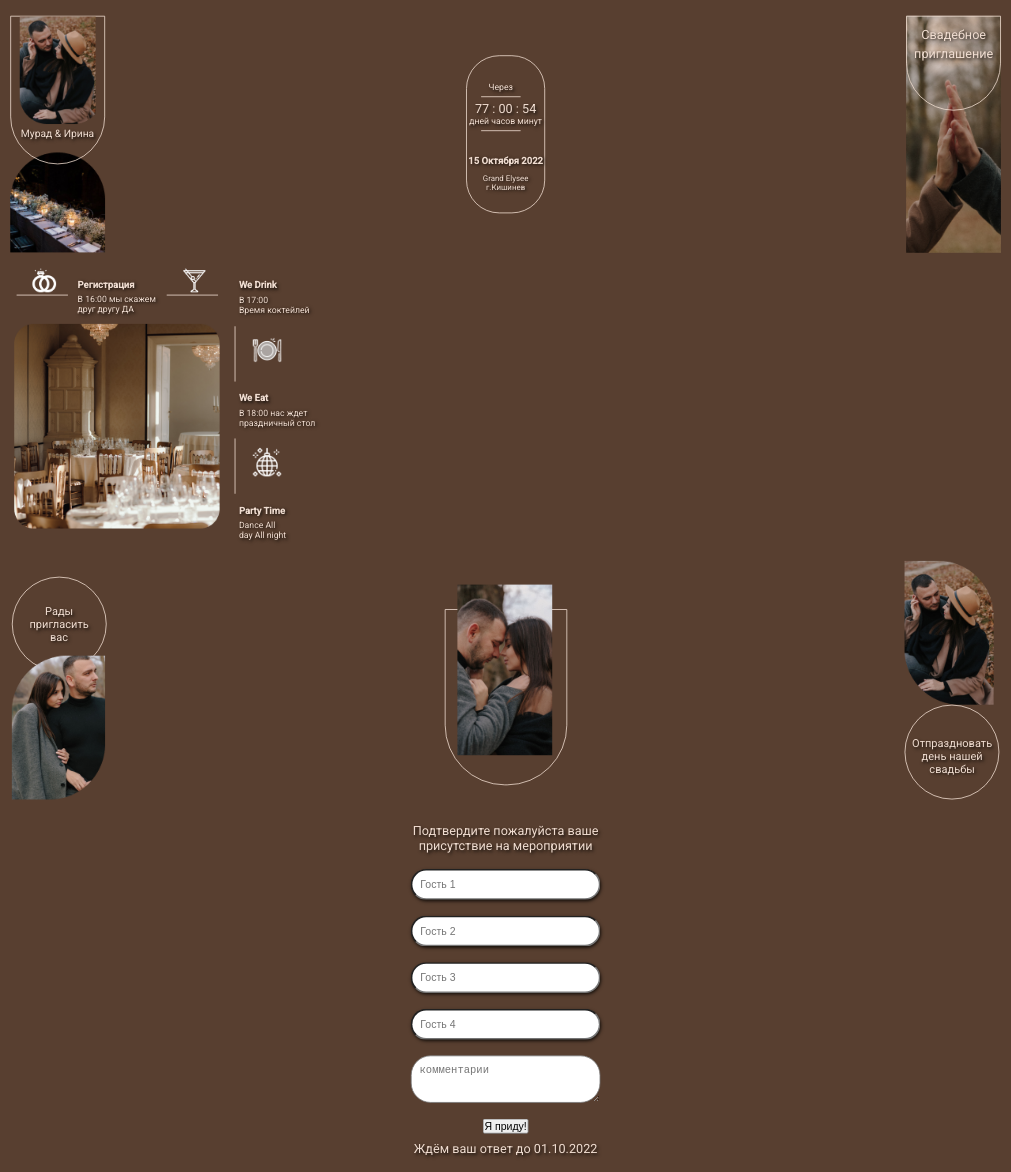
Repository: Anthony8845/wedding_invitation
Page: index.html
These files come from the project's save history. The page is drawn as it stood at one moment and after the next save; the edit follows.
The browser window is 1280 px wide. The pictures show the whole page, at 79% of full size.
Some web fonts or font styles are not loaded; a fallback is used.

Above is the page before, as saved 2022-07-30 12:49:28.

After the next save:
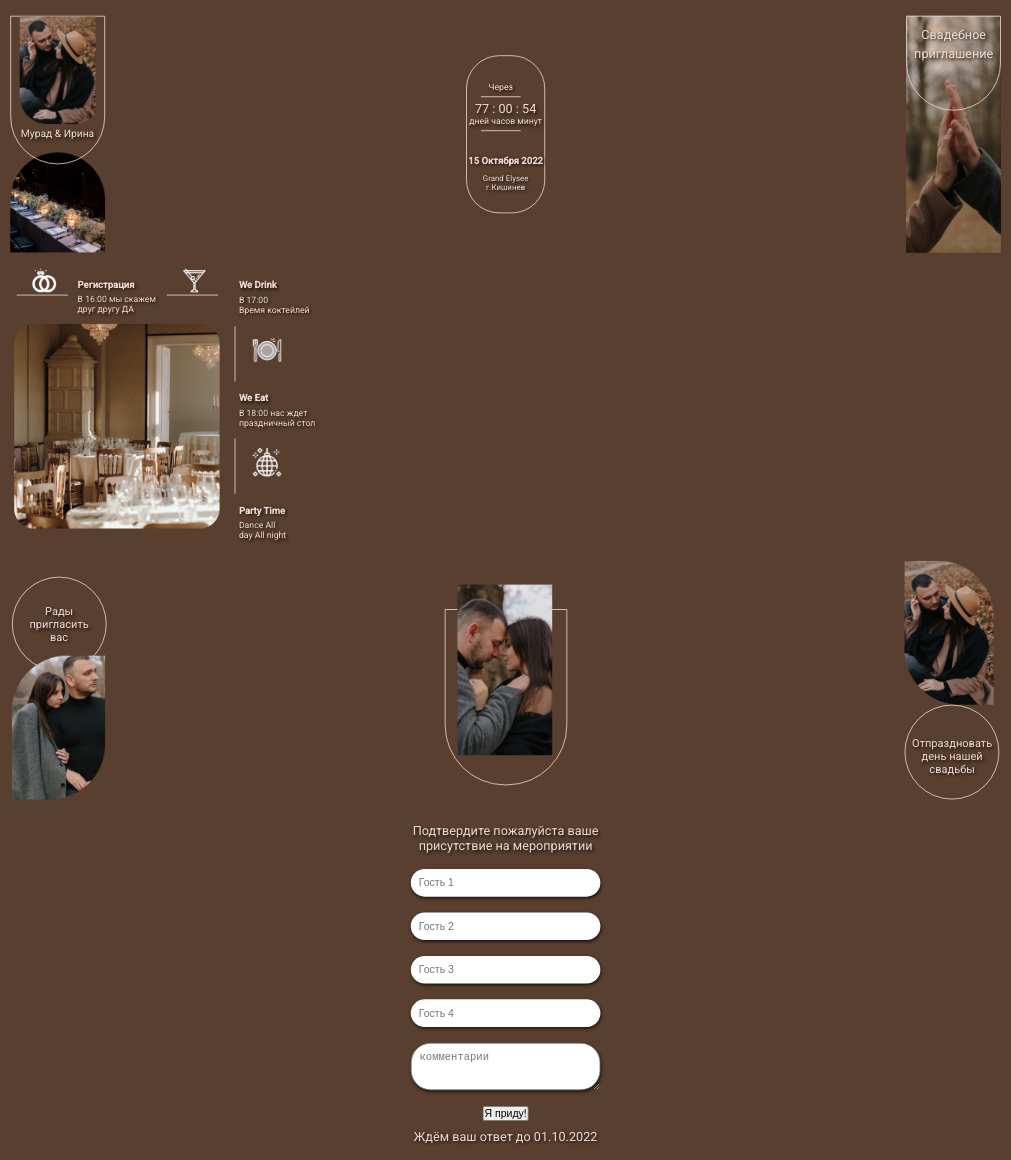
Saved 35 s later.
--- a/style.css
+++ b/style.css
@@ -361,7 +361,7 @@ body{
     border-radius: 25px;
     margin: 10px 5px;
     padding: 10px 10px;
-
+    border: none;
 }
 
 .form__comment {
@@ -370,6 +370,7 @@ body{
     resize: vertical;
     height: 60px;
     border-radius: 25px;
+    box-shadow: 1px 2px 4px rgb(26, 19, 14);
 }
 
 .form__btn {
